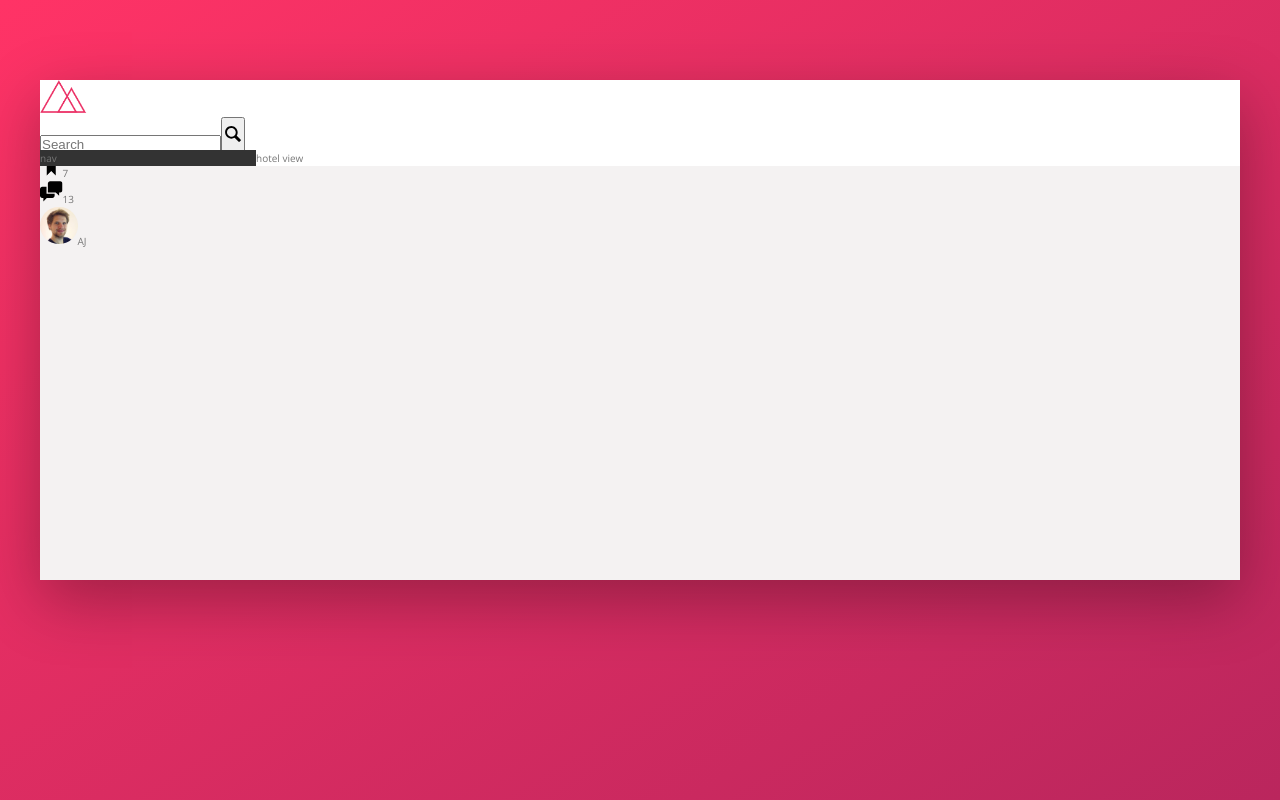
Repository: ajayaj2001/modern-Hotel
Page: /
These files come from the project's save history. The page is drawn as it stood at one moment and after the next save; the edit follows.
The browser window is 1280 px wide. The pictures show the whole page.
The project was rebuilt for these pictures with package versions that can differ from the ones it lists, and the page was loaded fresh each time.

Above is the page before, as saved 2020-12-12 23:58:29.

### public/index.html
<!DOCTYPE html>
<html lang="en">

<head>
  <meta charset="utf-8" />
  <link rel="icon" href="%PUBLIC_URL%/favicon.ico" />
  <meta name="viewport" content="width=device-width, initial-scale=1" />
  <meta name="theme-color" content="#000000" />
  <meta name="description" content="Web site created using create-react-app" />
  <link rel="apple-touch-icon" href="%PUBLIC_URL%/logo192.png" />
  <link rel="preconnect" href="https://fonts.gstatic.com">
  <link href="https://fonts.googleapis.com/css2?family=Open+Sans:wght@300;400;600&display=swap" rel="stylesheet">
  <!--
      manifest.json provides metadata used when your web app is installed on a
      user's mobile device or desktop. See https://developers.google.com/web/fundamentals/web-app-manifest/
    -->
  <link rel="manifest" href="%PUBLIC_URL%/manifest.json" />
  <!--
      Notice the use of %PUBLIC_URL% in the tags above.
      It will be replaced with the URL of the `public` folder during the build.
      Only files inside the `public` folder can be referenced from the HTML.

      Unlike "/favicon.ico" or "favicon.ico", "%PUBLIC_URL%/favicon.ico" will
      work correctly both with client-side routing and a non-root public URL.
      Learn how to configure a non-root public URL by running `npm run build`.
    -->
  <title>React App</title>
</head>

<body>
  <noscript>You need to enable JavaScript to run this app.</noscript>
  <div id="root"></div>
  <!--
      This HTML file is a template.
      If you open it directly in the browser, you will see an empty page.

      You can add webfonts, meta tags, or analytics to this file.
      The build step will place the bundled scripts into the <body> tag.

      To begin the development, run `npm start` or `yarn start`.
      To create a production bundle, use `npm run build` or `yarn build`.
    -->
</body>

</html>

### src/index.js
import React from 'react';
import ReactDOM from 'react-dom';
import './index.scss';
import App from '../src/app/App';

ReactDOM.render(
  <React.StrictMode>
    <App />
  </React.StrictMode>,
  document.getElementById('root')
);

### src/index.scss
@import "../src/scss/reuse.scss";
* {
  margin: 0;
  padding: 0;
}
:root {
  --color-primary: #eb2f64;
  --color-primary-light: #ff3366;
  --color-primary-dark: #ba265d;

  --color-gray-light-1: #faf9f9;
  --color-gray-light-2: #f4f2f2;
  --color-gray-light-3: #f0eeee;
  --color-gray-light-4: #ccc;

  --color-gray-dark-1: #333;
  --color-gray-dark-2: #777;
  --color-gray-dark-3: #999;
}
*,
*::before,
*::after {
  box-sizing: inherit;
}
html {
  box-sizing: border-box;
  font-size: 62.5%; //1rem=10px 10px/16px=62.5%
}
body {
  font-family: "Open Sans", sans-serif;
  -webkit-font-smoothing: antialiased;
  -moz-osx-font-smoothing: grayscale;
  font-family: "Open Sans", sans-serif;
  font-weight: 400;
  line-height: 1.6;
  background-image: linear-gradient(to right bottom, var(--color-primary-light), var(--color-primary-dark));
  background-size: cover;
  background-repeat: no-repeat;
  min-height: 100vh;
  color: var(--color-gray-dark-2);
}

### src/app/App.js
import React from 'react';
import Header from '../header/Header';
import './App.scss';
function App() {
  return (
    <div className="container">
      <Header />
      <div className="content">
        <div className="sidebar">nav</div>
        <main className="hotel-view">
          hotel view
       </main>
      </div>
    </div>
  );
}

export default App;

### src/scss/reuse.scss
// variables

// $primary: #eb2f64;
// $primary-light: #ff3366;
// $primary-dark: #ba265d;

// $gray-light-1: #faf9f9;
// $gray-light-2: #f4f2f2;
// $gray-light-3: #f0eeee;

// $gray-dark-1: #333;
// $gray-dark-2: #777;
// $gray-dark-3: #999;

### src/header/Header.js
import React from 'react'
import './Header.scss';
import logo from '../img/logo.png';
import user from '../img/user.jpg';
import svg from '../img/sprite.svg'
const Header = () => {
    return (
        <div className="header">
            <img src={logo} alt="logo" className="logo" />

            <form action="#" className="search">
                <input type="text" className="search___input" placeholder="Search" />
                <button className="search__button">
                    <svg className="search__icon">
                        <use xlinkHref={`${svg}#icon-magnifying-glass`}></use>
                    </svg>
                </button>
            </form>
            <nav className="user-nav">
                <div className="user-nav__icon-box">
                    <svg className="user-nav__icon">
                        <use xlinkHref={`${svg}#icon-bookmark`}></use>
                    </svg>
                    <span className="user-nav__notification">7</span>
                </div>
                <div className="user-nav__icon-box">
                    <svg className="user-nav__icon">
                        <use xlinkHref={`${svg}#icon-chat`}></use>
                    </svg>
                    <span className="user-nav__notification">13</span>
                </div>
                <div className="user-nav__user">
                    <img src={user} alt="user-photo" className="user-nav__user-photo" />
                    <span className="user-nav__user-name">AJ</span>
                </div>
            </nav>
        </div>
    )
}

export default Header

### src/app/App.scss
.container {
    max-width: 120rem;
    margin: 8rem auto;
    background-color: var(--color-gray-light-2);
    box-shadow: 0 2rem 6rem rgba(black, 0.3);
    min-height: 50rem;
}
.content {
    display: flex;
}
.sidebar {
    background-color: var(--color-gray-dark-1);
    flex: 0 0 18%;
}
.hotel-view {
    background-color: rgb(255, 255, 255);
    flex: 1;
}

### src/header/Header.scss
.header {
    height: 7rem;
    background-color: #fff;
    border-bottom: var(--color-gray-light-2);
}
.logo {
    height: 3.25rem;
}
.search {
    &__input {
    }
    &__button {
    }
    &__icon {
        height: 3rem;
        width: 2rem;
    }
}

.user-nav {
    &__icon-box {
    }
    &__icon {
        height: 2.25rem;
        width: 2.25rem;
    }
    &__notification {
    }
    &__user {
    }
    &__user-photo {
        height: 3.75rem;
        border-radius: 50%;
    }
    &__user-name {
    }
}

After the next save:
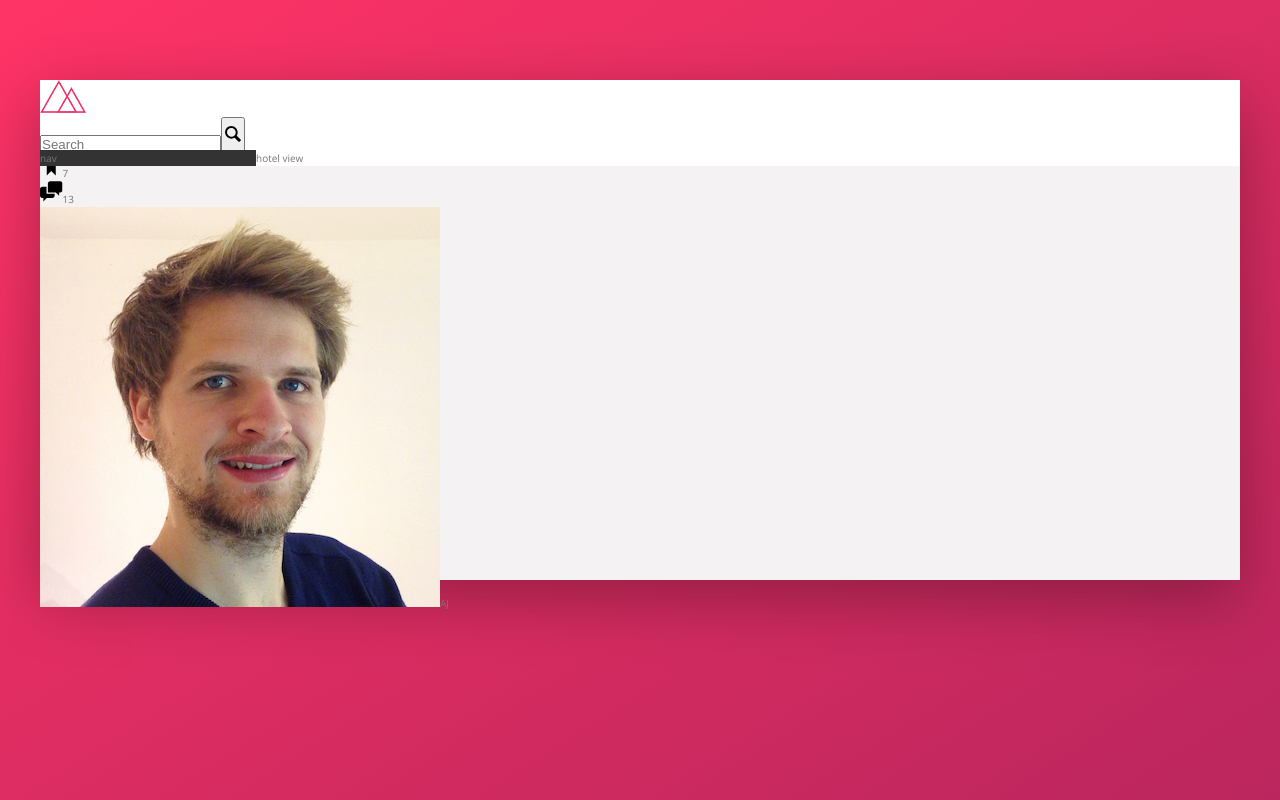
Saved 11 h 24 min later.
--- a/src/header/Header.js
+++ b/src/header/Header.js
@@ -30,7 +30,7 @@
                     <span className="user-nav__notification">13</span>
                 </div>
                 <div className="user-nav__user">
-                    <img src={user} alt="user-photo" className="user-nav__user-photo" />
+                    <img src={user} alt="user-photo" className="user-nav__user-profile" />
                     <span className="user-nav__user-name">AJ</span>
                 </div>
             </nav>

After the save that followed:
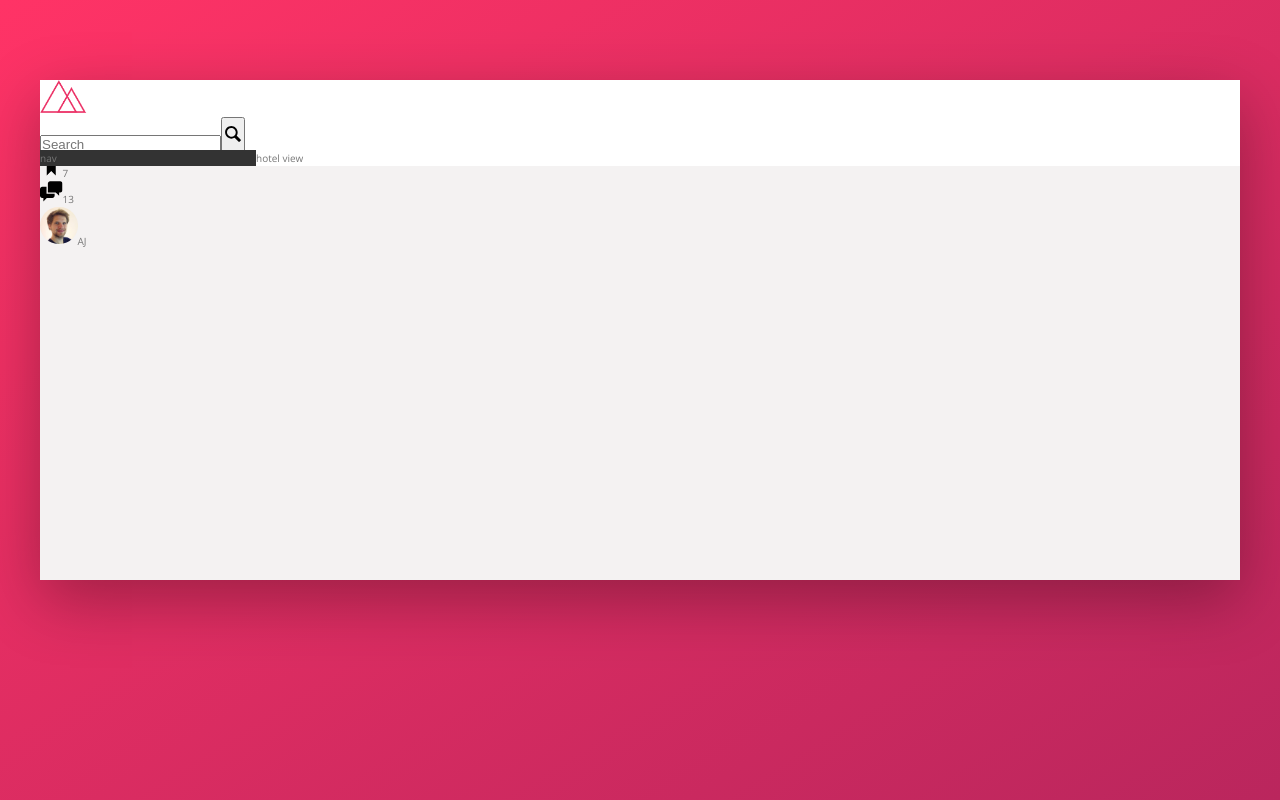
Saved 8 s later.
--- a/src/header/Header.js
+++ b/src/header/Header.js
@@ -30,7 +30,7 @@
                     <span className="user-nav__notification">13</span>
                 </div>
                 <div className="user-nav__user">
-                    <img src={user} alt="user-photo" className="user-nav__user-profile" />
+                    <img src={user} alt="user-photo" className="user-nav__user-photo" />
                     <span className="user-nav__user-name">AJ</span>
                 </div>
             </nav>
